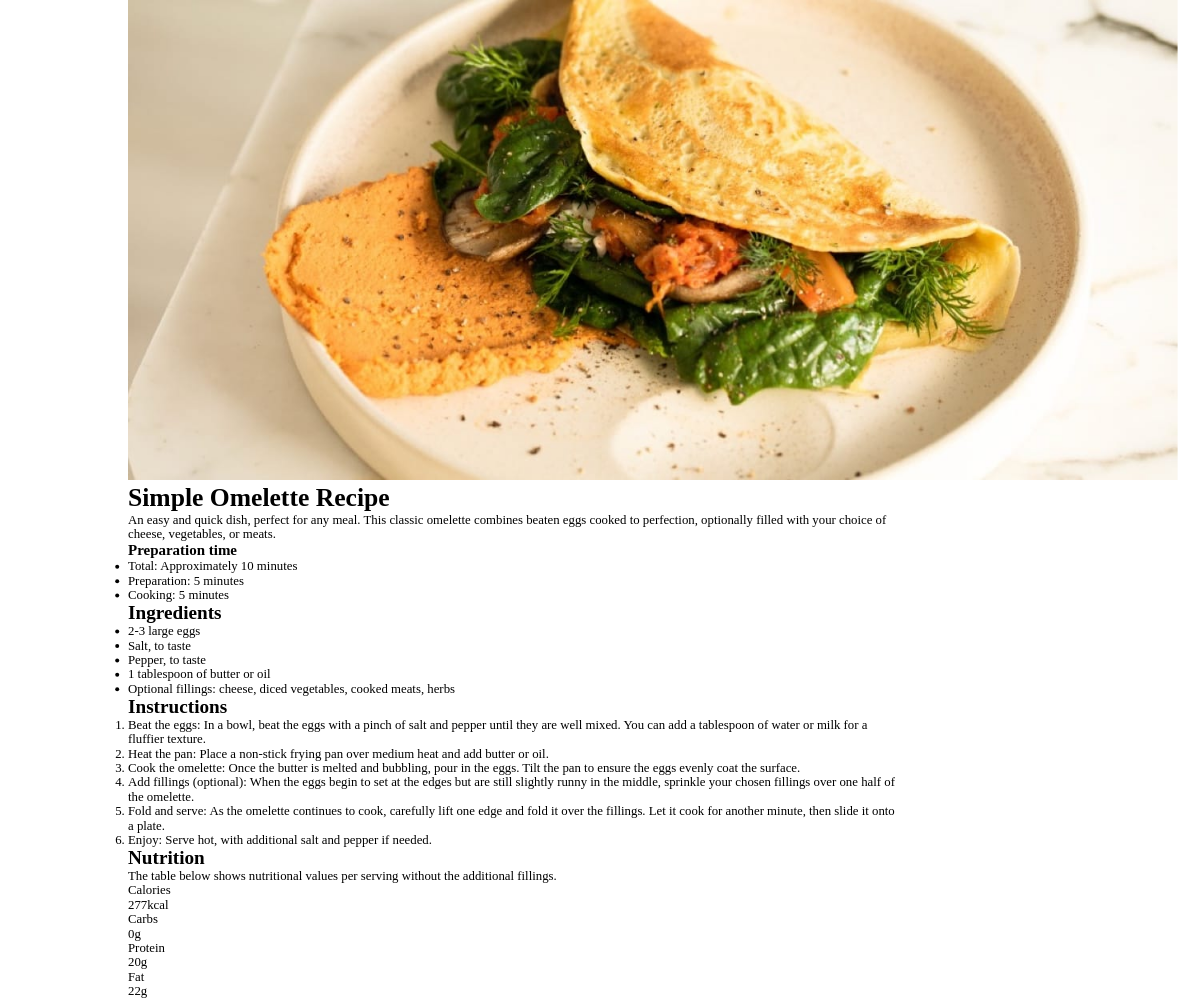
Repository: reemoon-ctrl/mine-recipe-page-main
Page: index1.html
The author's editor kept a copy of each file at every save. The page is drawn from the files as they stood at one save, then again after the next save.
The browser window is 1280 px wide. The page is 1472 px wide, then 1280 px, then 1472 px, so the pictures cover 1472 px, including what lies to the right of the window. The pictures show the whole page, at 80% of full size.

Above is the page before, as saved 2024-08-11 13:43:15.

After the next save:
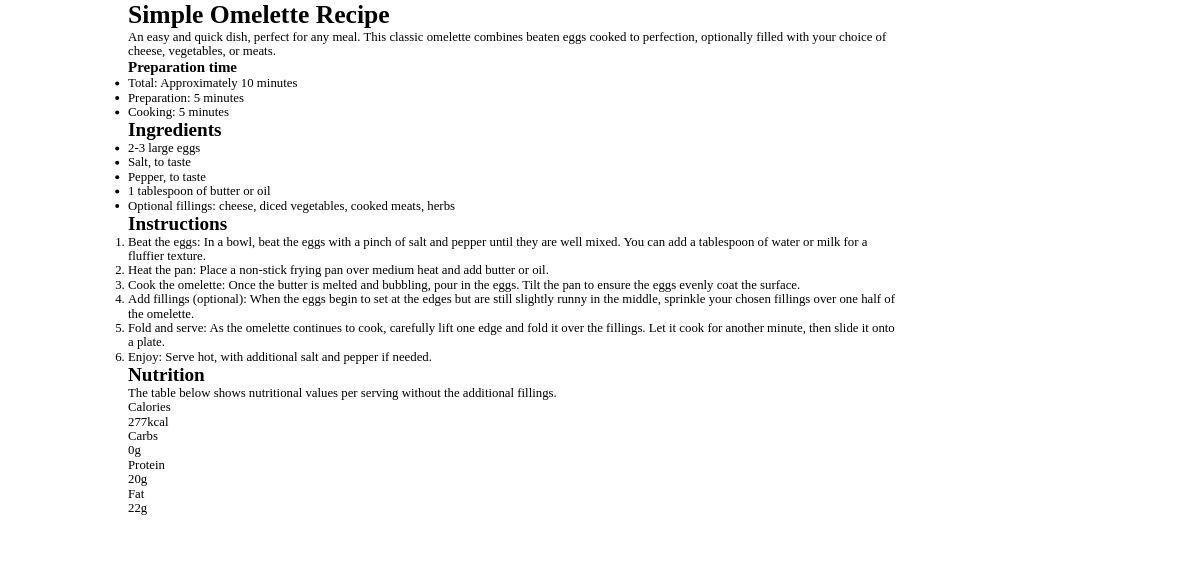
Saved 14 s later.
--- a/index1.html
+++ b/index1.html
@@ -9,7 +9,7 @@
 <body>
     <div class="container">
         <header>
-          <div></div><img src="/image-omelette.jpeg" alt="omelette">
+          <div></div>
         <h1>Simple Omelette Recipe</h1>
 
         <p>An easy and quick dish, perfect for any meal.

After the 3 saves that followed:
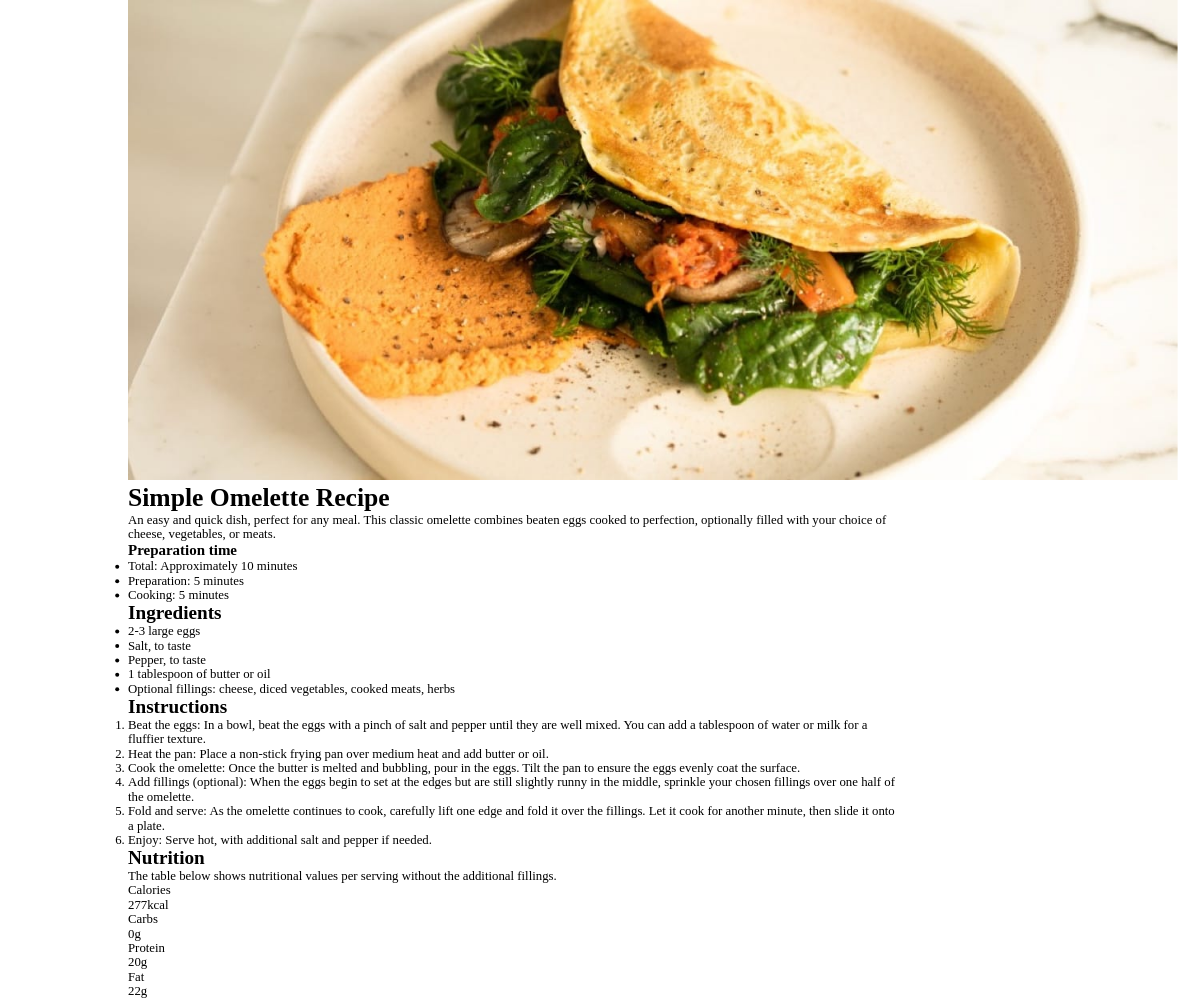
The 3 saves are shown as one change because they came seconds apart.
The last was saved 9 s later.
--- a/index1.html
+++ b/index1.html
@@ -9,7 +9,7 @@
 <body>
     <div class="container">
         <header>
-          <div></div>
+          <div><img src="/image-omelette.jpeg" alt=""></div>
         <h1>Simple Omelette Recipe</h1>
 
         <p>An easy and quick dish, perfect for any meal.
